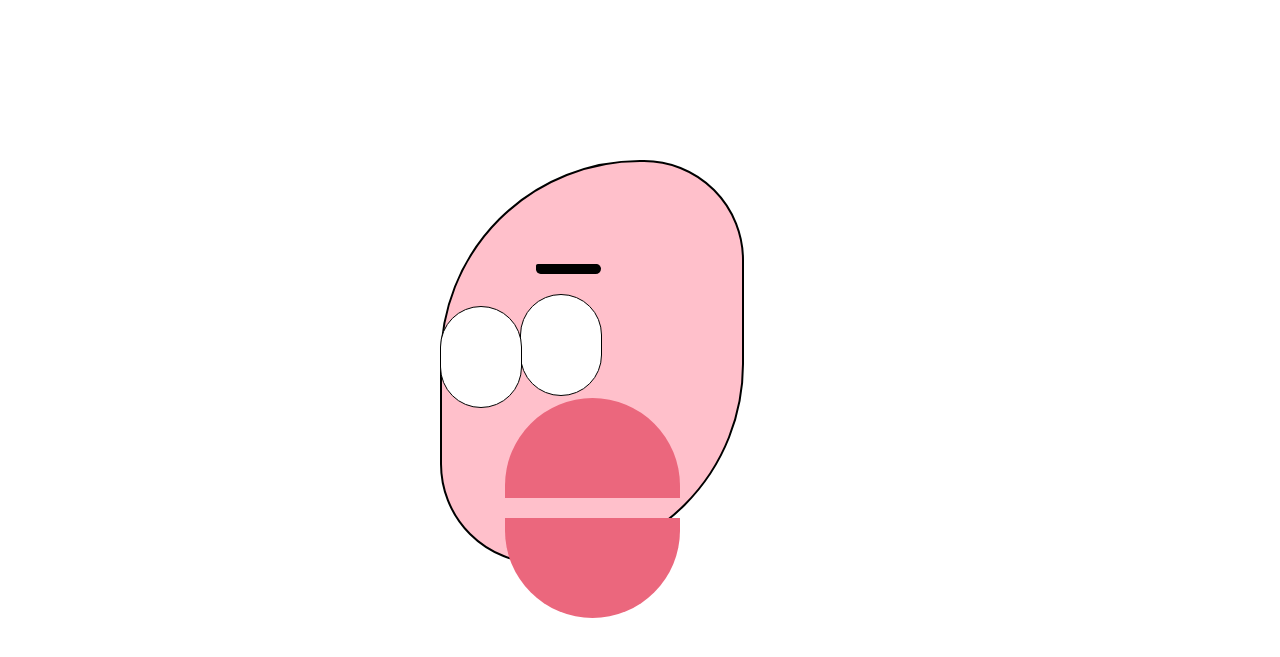
Repository: rodwestmoreland/1150
Page: cssCritter/index.html
The author's editor kept a copy of each file at every save. The page is drawn from the files as they stood at one save, then again after the next save.
The browser window is 1280 px wide. The pictures show the whole page.

Above is the page before, as saved 2021-01-25 20:24:06.

After the next save:
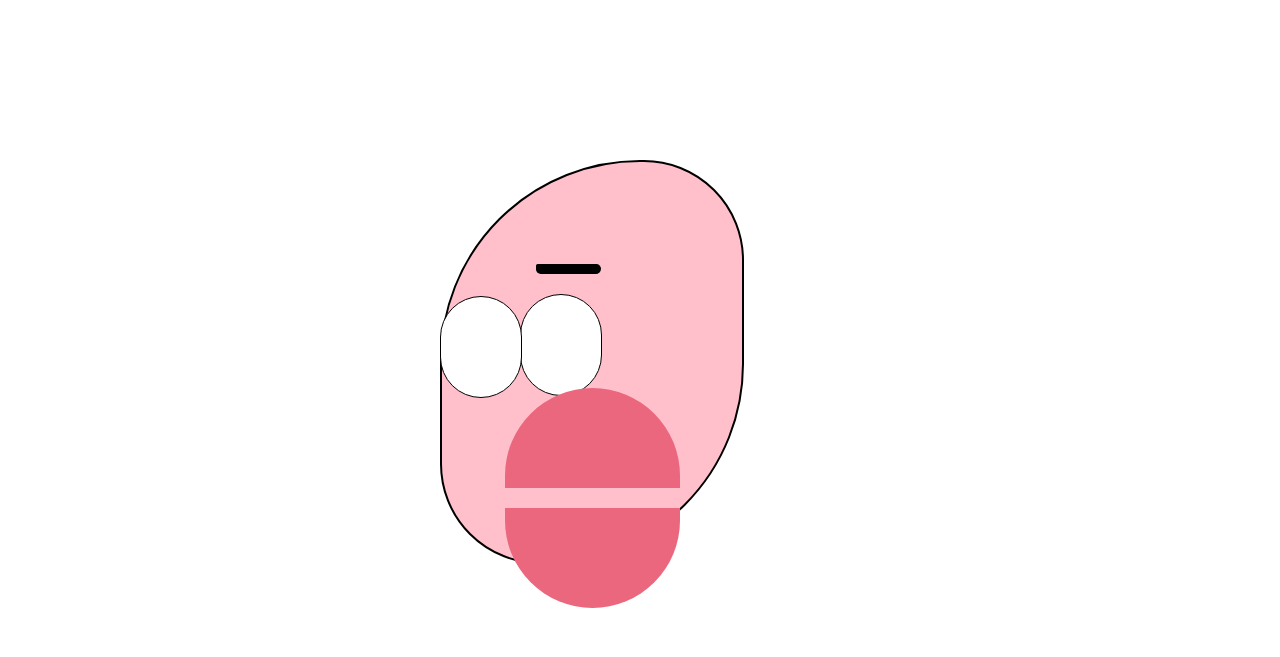
Saved 7 s later.
--- a/cssCritter/style.css
+++ b/cssCritter/style.css
@@ -32,7 +32,7 @@
     border: solid 1px #000;
     background-color: #fff;
     border-radius: 90px;
-    margin-top: -90px;
+    margin-top: -100px;
 
 
   }
